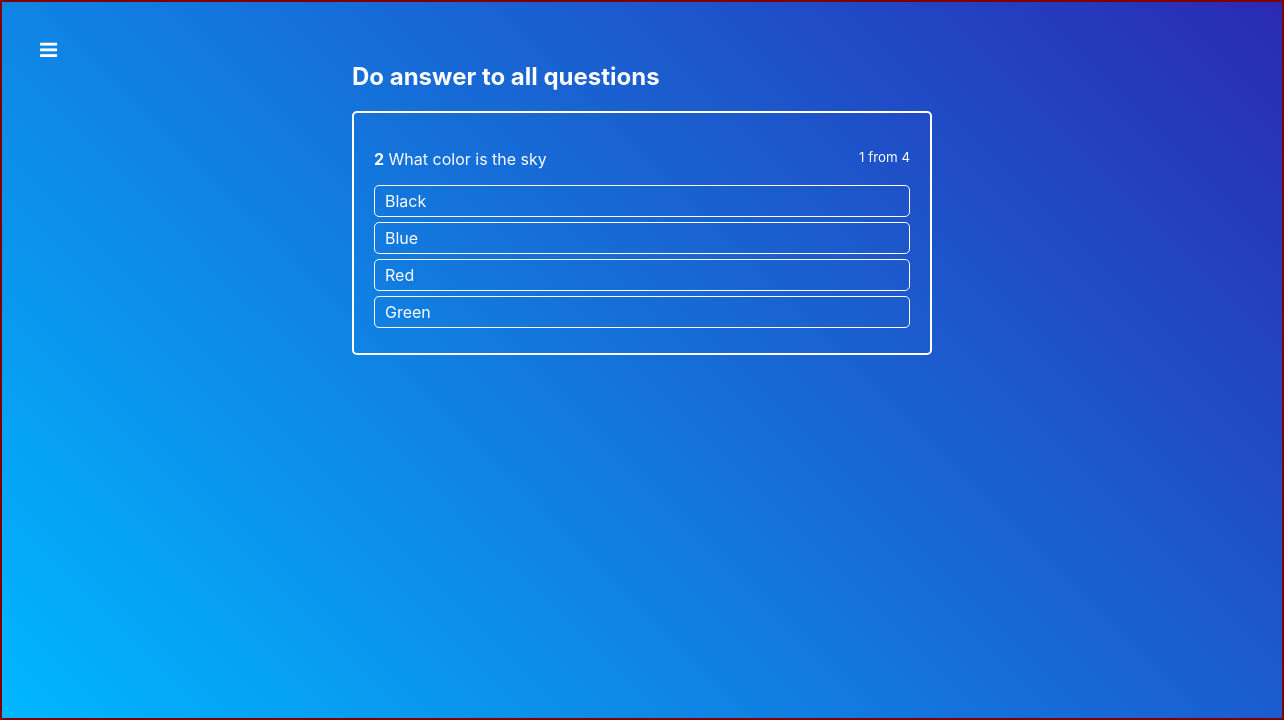
Repository: GregorPiev/react-quizes
Page: /
The author's editor kept a copy of each file at every save. The page is drawn from the files as they stood at one save, then again after the next save.
The browser window is 1280 px wide. The page is 1284 px wide, so the pictures cover 1284 px, including what lies to the right of the window. The pictures show the whole page.
The project was rebuilt for these pictures with package versions that can differ from the ones it lists, and the page was loaded fresh each time. Also part of the build but not shown: src/components/FinishQuiz/FinishQuiz.module.css, src/components/UI/Button/Button.module.css, src/components/UI/Button/Button.js, src/components/FinishQuiz/FinishQuiz.js.

Above is the page before, as saved 2020-06-30 12:26:03.

After the next save:
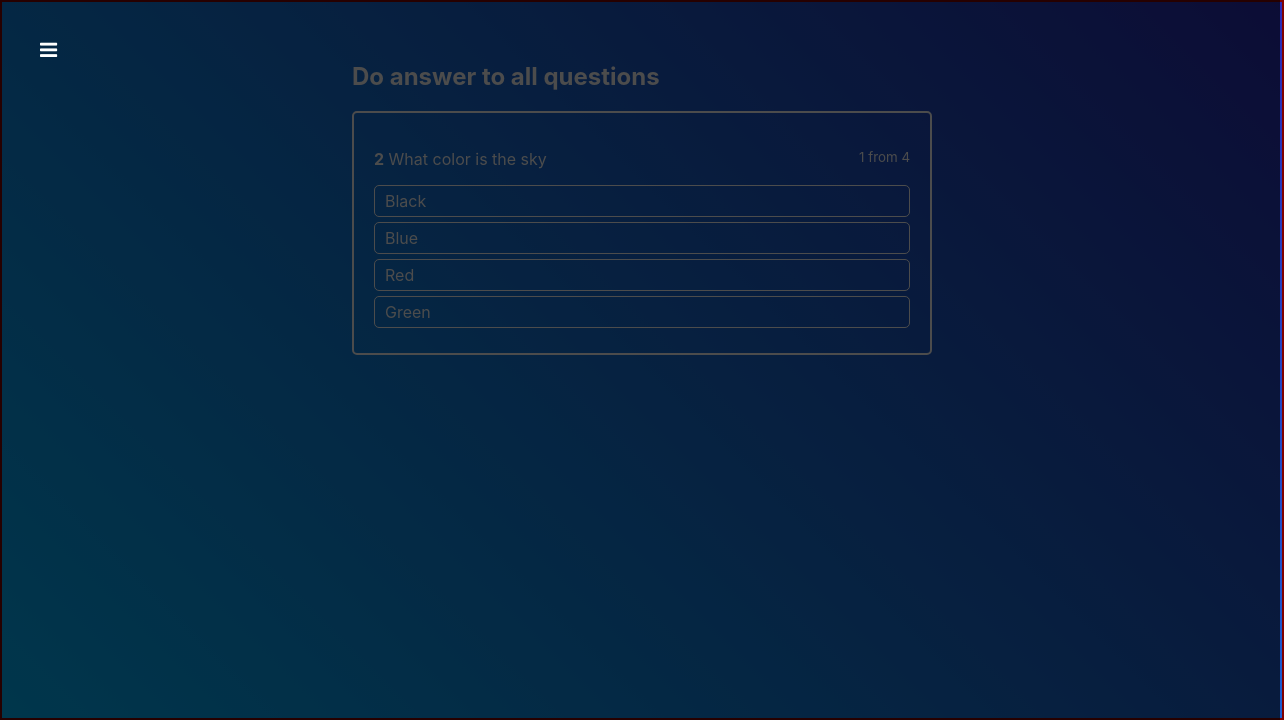
Saved 13 s later.
--- a/src/components/Navigation/Drawer/Drawer.js
+++ b/src/components/Navigation/Drawer/Drawer.js
@@ -1,5 +1,6 @@
 import React from 'react';
 import classes from './Drawer.module.css';
+import Backdrop from '../../UI/Backdrop/Backdrop';
 export const Links = ['Link1', 'Link2', 'Link3'];
 export default class Drawer extends React.Component {
 
@@ -26,6 +27,7 @@
                         {this.renderLinks()}
                     </ul>
                 </nav>
+                <Backdrop />
             </React.Fragment>
         );
     }

After the save that followed:
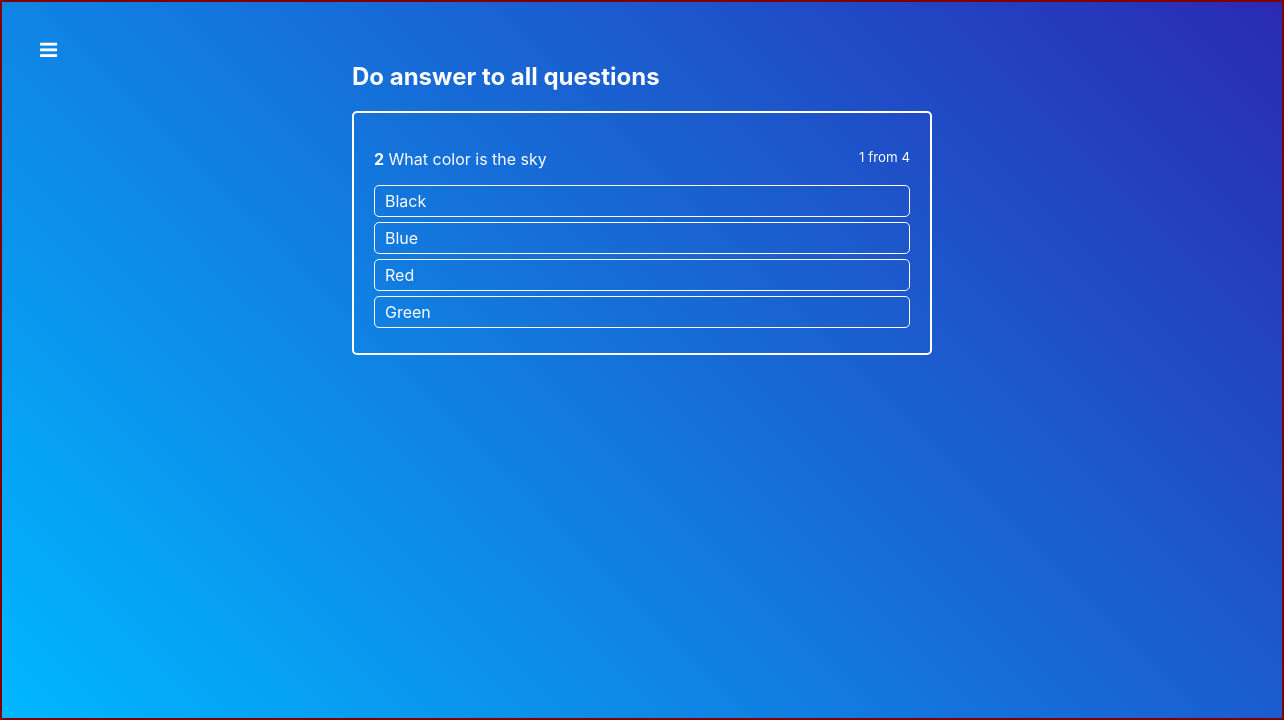
Saved 2 min 15 s later.
--- a/src/components/Navigation/Drawer/Drawer.js
+++ b/src/components/Navigation/Drawer/Drawer.js
@@ -27,7 +27,10 @@
                         {this.renderLinks()}
                     </ul>
                 </nav>
-                <Backdrop />
+                {this.props.isOpen
+                    ? <Backdrop />
+                    : null
+                }
             </React.Fragment>
         );
     }
